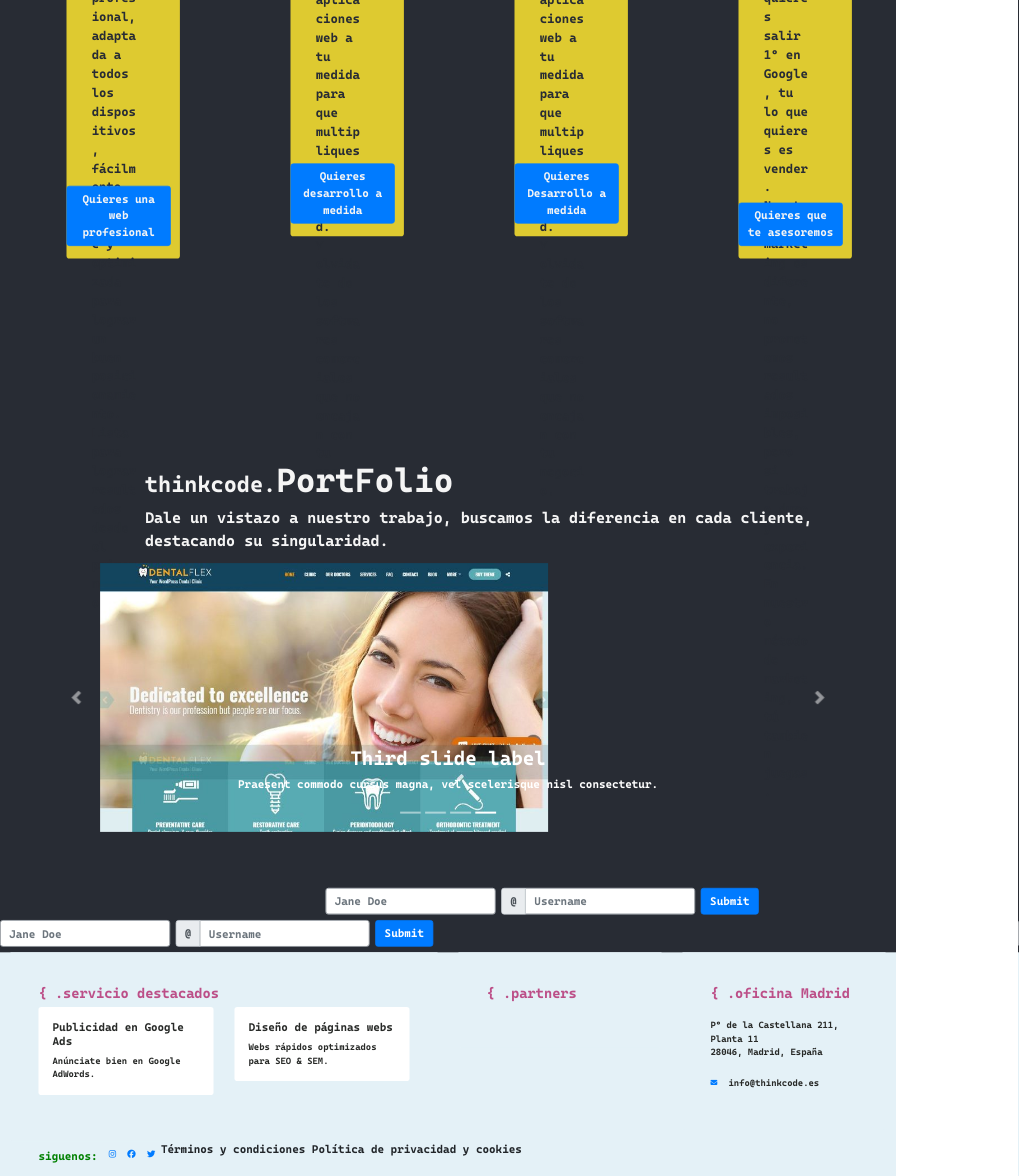
Repository: banchiec/thinkcode
Page: /
The author's editor kept a copy of each file at every save. The page is drawn from the files as they stood at one save, then again after the next save.
The browser window is 1280 px wide. The page is 1455 px wide, so the pictures cover 1455 px, including what lies to the right of the window. The pictures show the part of the page from y = 1579 to 3259 px (the page is 3259 px tall before and 3213 px after), at 70% of full size.
Some web libraries are served in a nearby version. The project was rebuilt for these pictures with package versions that can differ from the ones it lists, and the page was loaded fresh each time. A package was used in the major version that the imports need, not the one package.json lists. Also part of the build but not shown: src/components/MenuItems.js, src/components/Dropdownthink.css, src/components/Dropdownthink.js, src/components/pages/Consulting.js, src/components/pages/ContactUs.js, src/components/pages/Marketing.js, src/components/pages/Products.js, src/components/pages/Services.js and 1 more. Imported but missing from the stored project, and not drawn on this page: src/components/sliderInfo/SliderInfo.

Above is the page before, as saved 2020-11-30 13:57:26.

### public/index.html
<!DOCTYPE html>
<html lang="en">
  <head>
    <meta charset="utf-8" />
    <link rel="icon" href="%PUBLIC_URL%/favicon.ico" />
    <meta name="viewport" content="width=device-width, initial-scale=1" />
    <meta name="theme-color" content="#000000" />
    <meta
      name="description"
      content="Web site created using create-react-app"
    />
    <link rel="apple-touch-icon" href="%PUBLIC_URL%/logo192.png" />

    <!-- fontawesome -->
    <script src="https://kit.fontawesome.com/e7a02c1b14.js" crossorigin="anonymous"></script>
    <!-- jquery -->
    <script src="https://code.jquery.com/jquery-2-2.0.min.js"></script>
    <!--
      manifest.json provides metadata used when your web app is installed on a
      user's mobile device or desktop. See https://developers.google.com/web/fundamentals/web-app-manifest/
    -->
    <link rel="manifest" href="%PUBLIC_URL%/manifest.json" />
    <!--
      Notice the use of %PUBLIC_URL% in the tags above.
      It will be replaced with the URL of the `public` folder during the build.
      Only files inside the `public` folder can be referenced from the HTML.

      Unlike "/favicon.ico" or "favicon.ico", "%PUBLIC_URL%/favicon.ico" will
      work correctly both with client-side routing and a non-root public URL.
      Learn how to configure a non-root public URL by running `npm run build`.
    -->
    <title>React App</title>
  </head>
  <body>
    <noscript>You need to enable JavaScript to run this app.</noscript>
    <div id="root"></div>
    <!--
      This HTML file is a template.
      If you open it directly in the browser, you will see an empty page.

      You can add webfonts, meta tags, or analytics to this file.
      The build step will place the bundled scripts into the <body> tag.

      To begin the development, run `npm start` or `yarn start`.
      To create a production bundle, use `npm run build` or `yarn build`.
    -->


  </body>
</html>

### src/index.css
body {
  margin: 0;
  font-family: -apple-system, BlinkMacSystemFont, 'Segoe UI', 'Roboto', 'Oxygen',
    'Ubuntu', 'Cantarell', 'Fira Sans', 'Droid Sans', 'Helvetica Neue',
    sans-serif;
  -webkit-font-smoothing: antialiased;
  -moz-osx-font-smoothing: grayscale;
}

code {
  font-family: source-code-pro, Menlo, Monaco, Consolas, 'Courier New',
    monospace;
}
@font-face{
  font-family: 'CascadiaCode-Bold';
  src: local('CascadiaCode-Bold'), url(./fonts/CascadiaCode-Bold.ttf)
}

### src/App.js
import './App.css';
// import logo_thinkcode from './logo_thinkcode.png'
import React, {} from 'react'
import 'animate.css'
import Navbarthink from './components/Navbarthink'
import InfoSection from './components/infoSection/InfoSection'
import Pricing from './components/pricing/Pricing'
import Footer from './components/footer/Footer'
import Slide from './components/slide/Slide'
import FormContact from './components/forms/FormContact'
import {BrowserRouter as Router, Switch, Route} from 'react-router-dom'


// import Button  from 'react-bootstrap/Button'
// import 'bootstrap/dist/css/bootstrap.min.css'

// import {Navbar,Button, Nav , NavLink} from 'react-bootstrap'

import Consulting from './components/pages/Consulting'
import ContactUs from './components/pages/ContactUs'
import Home from './components/pages/Home'
import Marketing from './components/pages/Marketing'
import Products from './components/pages/Products'
import Services from './components/pages/Services'
import SignUp from './components/pages/SignUp'
// import InfoSection from './components/infoSection/InfoSection';

function App() {

  // const [click, setClick] = useState(false)
  // const [dropdown, setDropdown] = useState(false)




  return (
    <div className="App">
      <Router>
        <Navbarthink/>
        <Switch>
          <Route path='/consulting' exact component ={Consulting}></Route>
          <Route path='/contact-us' exact component ={ContactUs}></Route>
          <Route path='/' exact component ={Home}></Route>
          <Route path='/marketing' exact component ={Marketing}></Route>
          <Route path='/products' exact component ={Products}></Route>
          <Route path='/services' exact component ={Services}></Route>
          <Route path='/sign-up' exact component ={SignUp}></Route>
        </Switch>
        <InfoSection></InfoSection>
        <Pricing></Pricing>
        <Slide/>
        <FormContact></FormContact>
        <Footer/>
      </Router>

    </div>
  );
}

export default App;

### src/App.css
*{
  box-sizing: border-box;
  margin: 0;
  padding: 0;
  font-family: CascadiaCode-Bold;
  /* background: #282c34 ; */
  /* background: linear-gradient(90deg, rgb(76, 80, 88) 100%, rgb(8, 8, 9) 0%); */
}

.App {
  text-align: center;
  background: #282c34 ;
}

.App-logo {
  height: 40vmin;
  pointer-events: none;
}

.home, .services, .products,.contact-us,.sign-up, .marketing, .consulting{
  display: flex;
  height: 90vh;
  align-items: center;
  justify-content: center;
  font-size: 3rem;
}





@media (prefers-reduced-motion: no-preference) {
  .App-logo {
    animation: App-logo-spin infinite 20s linear;
  }
}

.App-header {
  background-color: #282c34;
  min-height: 100vh;
  display: flex;
  flex-direction: column;
  align-items: center;
  justify-content: center;
  font-size: calc(10px + 2vmin);
  color: white;
}

.App-link {
  color: #61dafb;
}

@keyframes App-logo-spin {
  from {
    transform: rotate(0deg);
  }
  to {
    transform: rotate(360deg);
  }
}

### src/components/Navbarthink.js
import React, { useState} from 'react'
import logo_thinkcode from '../images/logo_thinkcode.png'
// import logo_thinkcode from '../images/logo_thinkcode.png'
import { Buttonthink} from './Buttonthink'
import {Link} from 'react-router-dom'
import './Navbarthink.css'
import Dropdownthink from './Dropdownthink'

export default function Navbarthink(){
    const [click, setClick] = useState(false)
    const [dropdown, setDropdown] = useState(false)

    const handleClick = () => setClick(!click)
    const closeMobileMenu = () => setClick(false)

    const onMouseEnter = () =>{
        if(window.innerWidth < 960) {
        setDropdown(false)
        } else {
        setDropdown(true)
        }
    }
    const onMouseLeave = () =>{
        if(window.innerWidth < 960) {
        setDropdown(false)
        } else {
        setDropdown(false)
        }
    }

    return(
        <>
            <nav className="navbarthink">
                <Link to='/' className="navbar-logo">
                    {/* thinkcode */}
                    <img alt="" src={logo_thinkcode} width="300" height="40"></img>
                </Link>
                <div className='menu-icon' onClick={handleClick}>
                    <i className={click ? 'fas fa-times' : 'fas fa-bars'}
                    />
                </div>
                <ul className={ click ? 'nav-menu active' : 'nav-menu'}>

                    <li className='nav-item'>
                        <Link to='/' className='nav-links' onClick={closeMobileMenu}>
                            Home
                        </Link>
                    </li>
                    <li className='nav-item'
                        onMouseEnter={onMouseEnter}
                        onMouseLeave={onMouseLeave}
                        // onClick={handleClick}
                        >
                        <Link to='/services' className='nav-links' onClick={closeMobileMenu}>
                           Services
                           <i className='fas fa-caret-down' />
                        </Link>
                        {dropdown && <Dropdownthink/>}
                    </li>
                    <li className='nav-item'>
                        <Link to='/products' className='nav-links' onClick={closeMobileMenu}>
                            Products
                        </Link>
                    </li>
                    <li className='nav-item'>
                        <Link to='/contact-us' className='nav-links' onClick={closeMobileMenu}>
                           Contact Us
                        </Link>
                    </li>
                    <li className='nav-item'>
                        <Link to='/sign-up' className='nav-links-mobile' onClick={closeMobileMenu}>
                           Sign up
                        </Link>
                    </li>

                </ul>
                <Buttonthink />
            </nav>
        </>
    )

}

### src/components/infoSection/InfoSection.js
import React from 'react'
// import {AlltextInfoSection} from './AlltextInfoSection'
import imagensvg3 from '../../images/imagensvg3.svg'
import 'bootstrap/dist/css/bootstrap.min.css'
import './infoSection.css'
import {Col, Container,Row,} from 'react-bootstrap'

export default function InfoSection() {

    return (
            <Container fluid  className="content-infoSection">
                <Row>
                    {
                        // AlltextInfoSection.map((item,index) => {
                        //     return (
                        //         <Row>
                        //         <Col  md={6} lg={6} >
                        //             {/* <h1 key={index}>{item.firstTitle}</h1> */}
                        //             <div className="content-text-infoSection">
                        //                 <h2 >{item.firstTitle}<span className="text-title-infoSection animate__animated animate__fadeInLeft animate__delay-1s">{item.secundTitle}</span></h2>
                        //                 <p className="text-infoSection">{item.text}</p>
                        //             </div>
                        //         </Col>
                        //         <Col  md={6} lg={6}  >
                        //             <img  className="imagensvg-infoSection" alt="" src={imagensvg3}></img>
                        //         </Col>
                        //         </Row>
                        //     )
                        // })
                    }

                    <Col  md={6} lg={6} >
                        <div className="content-text-infoSection">
                            <h2 >thinkcode.<span className="text-title-infoSection animate__animated animate__fadeInLeft animate__delay-1s">developers</span></h2>
                            <p className="text-infoSection">Diseño y desarrollo de aplicaciones y páginas web para tu negocio o proyecto.
                            Disfrutamos mucho con lo que hacemos, compruébalo.</p>
                        </div>
                    </Col>
                    <Col  md={6} lg={6}  >
                        <img  className="imagensvg-infoSection" alt="" src={imagensvg3}></img>
                    </Col>

                </Row>

            </Container >
            // <Container fluid  className="content-infoSection">
            //     <Row>
            //         <Col  md={6} lg={6} >
            //             <div className="content-text-infoSection">
            //                 <h2 >thinkcode.<span className="text-title-infoSection animate__animated animate__fadeInLeft animate__delay-1s">developers</span></h2>
            //                 <p className="text-infoSection">Diseño y desarrollo de aplicaciones y páginas web para tu negocio o proyecto.
            //                 Disfrutamos mucho con lo que hacemos, compruébalo.</p>
            //             </div>
            //         </Col>
            //         <Col  md={6} lg={6}  >
            //             <img  className="imagensvg-infoSection" alt="" src={imagensvg3}></img>
            //         </Col>

            //     </Row>

            // </Container >
    )
}

### src/components/forms/FormContact.js
import React from 'react'
import { Container, Col, Row, Form, InputGroup,Button, FormControl } from 'react-bootstrap'

export default function FormContact() {
    return (
        <div>
            <Container>
                <Row>
                    <Col md={4}>
                    </Col>
                    <Col md={8}>
                        <Form inline>
                            <Form.Label htmlFor="inlineFormInputName2" srOnly>
                                Name
                            </Form.Label>
                            <Form.Control
                                className="mb-2 mr-sm-2"
                                id="inlineFormInputName2"
                                placeholder="Jane Doe"
                            />
                            <Form.Label htmlFor="inlineFormInputGroupUsername2" srOnly>
                                Username
                            </Form.Label>
                            <InputGroup className="mb-2 mr-sm-2">
                                <InputGroup.Prepend>
                                <InputGroup.Text>@</InputGroup.Text>
                                </InputGroup.Prepend>
                                <FormControl id="inlineFormInputGroupUsername2" placeholder="Username" />
                            </InputGroup>
                            <Button type="submit" className="mb-2">
                                Submit
                            </Button>
                        </Form>
                    </Col>
                </Row>

            </Container>

            <Form inline>
            <Form.Label htmlFor="inlineFormInputName2" srOnly>
                Name
            </Form.Label>
            <Form.Control
                className="mb-2 mr-sm-2"
                id="inlineFormInputName2"
                placeholder="Jane Doe"
            />
            <Form.Label htmlFor="inlineFormInputGroupUsername2" srOnly>
                Username
            </Form.Label>
            <InputGroup className="mb-2 mr-sm-2">
                <InputGroup.Prepend>
                <InputGroup.Text>@</InputGroup.Text>
                </InputGroup.Prepend>
                <FormControl id="inlineFormInputGroupUsername2" placeholder="Username" />
            </InputGroup>
            <Button type="submit" className="mb-2">
                Submit
            </Button>
            </Form>

        </div>
    )
}

### src/components/pages/Home.js
import React,{useEffect} from 'react'
import '../sliderInfo/SliderInfo'

export default function Home() {

    useEffect(()=>{
    })
    return (
        <div>
            {/* <InfoSection></InfoSection> */}
            {/* <Pricing></Pricing> */}
            {/* <Slide/> */}
            {/* <Footer/> */}

           {/* <h1 className='consulting' >Thinkcode</h1> */}
        </div>
    )
}

### src/components/Buttonthink.js
import React  from 'react'
import './Buttonthink.css'
import {Link} from 'react-router-dom'

export function Buttonthink() {
        return (
            <Link to ='sing-up'>
               <button className='btnthink'>Sign think </button>
            </Link>
        )
}

### src/components/Navbarthink.css
.navbarthink{
  /* background: linear-gradient(9deg, rgb(66, 80, 88) 0%, rgb(8, 8, 9) 100%); */
  background: #282c34;

  height: 80px;
  display: flex;
  justify-content: center;
  align-items: center;
  font-size: 1.2rem;
}

.navbar-logo {
  color: #fff;
  justify-self: start;
  margin-left: 40px;
  cursor: pointer;
  text-decoration: none;
}

.fa-firstdraft {
  margin-left: 0.5rem;
  font-size: 1.6rem;
}

.nav-menu {
  display: grid;
  grid-template-columns: repeat(5, auto);
  grid-gap: 10px;
  list-style: none;
  text-align: center;
  width: 70vw;
  justify-content: end;
  margin-right: 2rem;
}

.nav-item {
  display: flex;
  align-items: center;
  height: 80px;
}

.nav-links {
  color: white;
  text-decoration: none;
  padding: 0.5rem 1rem;
}

.nav-links:hover {
  background-color: #1888ff;
  border-radius: 4px;
  transition: all 0.2s ease-out;
}

.fa-bars {
  color: #fff;
}

.nav-links-mobile {
  display: none;
}

.menu-icon {
  display: none;
}

@media screen and (max-width: 960px) {
  /* .text-propuesta {
    margin-top: 12rem;
  } */

  .fa-caret-down {
    display: none;
  }
  .NavbarItems {
    position: relative;
  }

  .nav-menu {
    display: flex;
    flex-direction: column;
    width: 100%;
    height: 90vh;
    position: absolute;
    top: 80px;
    left: -100%;
    opacity: 1;
    transition: all 0.9s ease;
  }

  .nav-menu.active {
    background: #2a2c30;
    left: 0;
    opacity: 1;
    transition: all 0.5s ease;
    z-index: 1;
  }

  .nav-links {
    text-align: center;
    padding: 2rem;
    width: 100%;
    display: table;
  }

  .nav-links:hover {
    background-color: #1888ff;
    border-radius: 0;
  }

  .navbar-logo {
    position: absolute;
    top: 0;
    left: 0;
    transform: translate(25%, 50%);
  }

  .menu-icon {
    display: block;
    position: absolute;
    top: 0;
    right: 0;
    transform: translate(-100%, 60%);
    font-size: 1.8rem;
    cursor: pointer;
  }

  .fa-times {
    color: #fff;
    font-size: 2rem;
  }

  .nav-links-mobile {
    display: block;
    text-align: center;
    padding: 1.5rem;
    margin: 2rem auto;
    border-radius: 4px;
    width: 80%;
    background: #1888ff;
    text-decoration: none;
    color: #fff;
    font-size: 1.5rem;
  }

  .nav-links-mobile:hover {
    background: #fff;
    color: #1888ff;
    transition: 250ms;
  }

  button {
    display: none;
  }
}

### src/components/infoSection/infoSection.css
.content-infoSection {
    /* padding: 0; */
    margin-top: 150px;
    background: #282c34 ;
    height: 700px;
    /* border: 1px solid rebeccapurple; */
}
.content-text-infoSection {
    margin-left: 12rem;
    margin-top: 8rem;
    text-align: start;
    /* border: 0; */
    /* padding: 0; */
    /* border: 1px solid whitesmoke; */
    color: whitesmoke;
}
.imagensvg-infoSection {
    padding: 0;
    /* border-right: 5px; */
    width: 800px;

}
.text-title-infoSection{
    font-size: 3rem;
    /* size: 12px; */
}
.text-infoSection {
    font-size: 22px;
}
@media screen and (max-width: 960px) {
    .content-infoSection {
        margin-top: 0px;
    }
    .text-infoSection{
        margin-top: 3rem;
        margin-left: 1rem;
        margin-right: 1rem;
    }
    .imagensvg-infoSection{
        margin-top: 5rem;
        width: 500px;
    }
    .content-text-infoSection {
        margin-left: 1rem;
    }
    .text-propuesta {
        margin-top: 15rem;
    }

}

### src/components/pricing/Pricing.css
.container-pricing {
    /* background-color: whitesmoke; */
    /* border: 1px solid white; */
    /* height:  800px; */
    background: linear-gradient(90deg, rgb(76, 80, 88) 100%, rgb(66, 66 66) 0%);
    /* z-index: -1; */
}
.container-card{
    padding-top: 4rem;
    align-content: center;
    padding: auto;
    text-align: start;
    /* height: 600px; */
    /* background-color: violet; */
    /* color: transparent; */
}
.card-pricing {
    /* width: 34rem; */
    margin-left: 5rem;
    background: #deca30;
    /* background: #3b4454; */
    /* background: linear-gradient(90deg, rgb(224, 242, 241) 0%, rgb(255, 255, 255) 100%); */
    margin-right: 3rem;
    height: 52rem;
}
.card-left {
    margin-top: 4rem;
}
.card-right {
    margin-top: 4rem;
}
.card-button {
    /* margin-top: 3rem; */
    /* margin-left: 13rem; */
    position: absolute;
    right: 13px;
    bottom: 18px;
    color: whitesmoke;
}
.text-card {
    padding-top: 1.5rem;
    padding-left: 1rem;
    padding-right: 2.5rem;
    color: #282c34;
    font-size: 18px;
}
.image-pricing {
    height: 15rem;
    width: 80%;
    align-self: center;
}
.title-card {
    /* padding-top: 0.2rem; */
    padding-left: 1rem;
    color: #282c34;
    font-size: 28px;
}
.text-propuesta {
    margin: 0 0.5rem;
    animation: bounce;
    animation-duration: 2s;
    color: whitesmoke;
    font-size: 3rem;
}

@media screen and (max-width: 960px){
    .text-propuesta{
        margin-top: 12rem;
    }
}

### src/components/footer/Footer.css
.container-footer {
    border: 0;
    /* padding: 0; */
    /* border: 1px solid green; */
    height: auto;
    background: #e4f1f7;
}
.card{
    /* padding-bottom: 22px; */
    border: 0;
    /* background: white; */
    text-align: left;
    font-size: small;
    width: auto;
    /* background: #deca30; */
}
.card-footer {
    padding-top: 10px;
    padding-bottom: 22px;
    border: 0;
    color: #282a28;
    background: #e4f1f7;
}
.text-card-footer  {
    padding: 0;
    margin-top: 1.5rem;
    font-size: small;
    text-align: start;
}
.title-footer{
    text-align: left;
    font-size: medium;
}
.title-card-footer {
    margin-top: 1rem;
    text-align: left;
    color: #bc4f88;
}
.pin-ic{
    margin-top: 12px;
    margin: 8px;
    position:center;
}

.pin-ic-enveloped{
    margin-top: 12px;
    /* margin: 8px; */
    margin-right: 1rem;
    position:center;
}
.iconos-redes-sociales{
    position: relative;
    margin-left: 2.5rem;
}
.text-siguenos{
    margin-top: 10px;
    margin-right: 8px;
    color: green;

}

### src/components/slide/Slide.css
.container-slider {
    margin-top: 10rem;
    border-top: 5rem;
    margin-bottom: 5rem;
}
.d-block {
    margin-left: 8rem;
    width: 40rem;
    height: 24rem;
    /* border:1px solid green; */
}

.container-secundary-slider .d-block {
    width: 20rem;
    height: 12rem;
    margin-left: 2rem;


}
.carousel-large {
    width: 100%;
}
@media screen and (max-width: 960px) {
    .d-block {
        margin-left: auto;
    }

}

### src/components/Buttonthink.css
:root{
    --primary: #1888ff;
}
.btnthink{
    padding: 8px 20px;
    border-radius: 4px;
    outline: none;
    border: none;
    font-size: 18px;
    color: #fff;
    cursor: pointer;
    background-color: var(--primary);
}
.btnthink:hover {
    padding: 6px 18px;
    transition: all 1.5s ease-out;
    background-color: transparent;
    color: #2a2a2a;
    border-radius: 4px;
    border: 2px solid var(--primary)
}

Loaded but not shown: src/index.js (common file); src/components/footer/Footer.js (102 lines, source omitted); src/components/pricing/Pricing.js (84 lines, source omitted); src/components/slide/Slide.js (84 lines, source omitted)

After the next save:
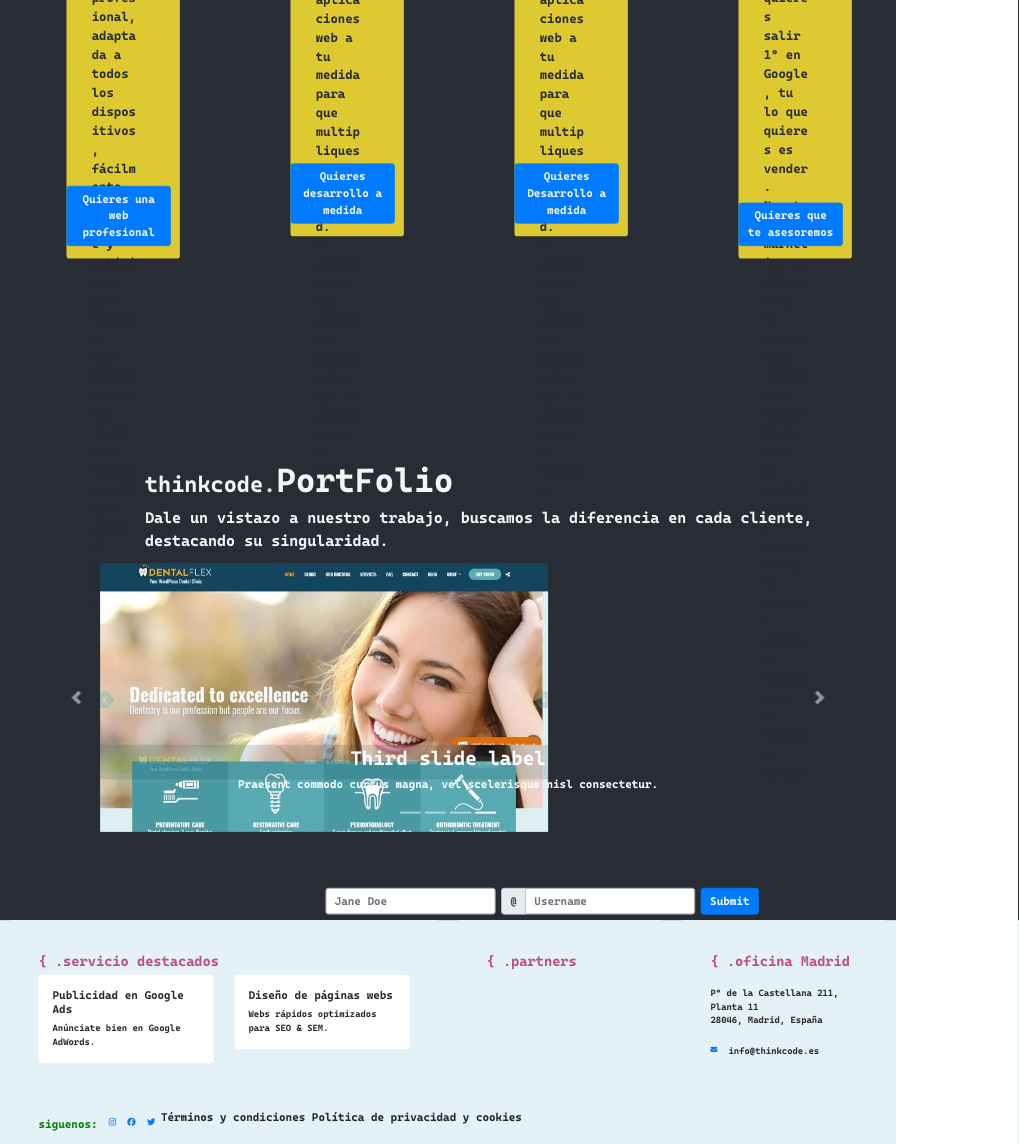
Saved 15 min 15 s later.
--- a/src/components/forms/FormContact.js
+++ b/src/components/forms/FormContact.js
@@ -36,29 +36,6 @@ export default function FormContact() {
 
             </Container>
 
-            <Form inline>
-            <Form.Label htmlFor="inlineFormInputName2" srOnly>
-                Name
-            </Form.Label>
-            <Form.Control
-                className="mb-2 mr-sm-2"
-                id="inlineFormInputName2"
-                placeholder="Jane Doe"
-            />
-            <Form.Label htmlFor="inlineFormInputGroupUsername2" srOnly>
-                Username
-            </Form.Label>
-            <InputGroup className="mb-2 mr-sm-2">
-                <InputGroup.Prepend>
-                <InputGroup.Text>@</InputGroup.Text>
-                </InputGroup.Prepend>
-                <FormControl id="inlineFormInputGroupUsername2" placeholder="Username" />
-            </InputGroup>
-            <Button type="submit" className="mb-2">
-                Submit
-            </Button>
-            </Form>
-
         </div>
     )
 }
